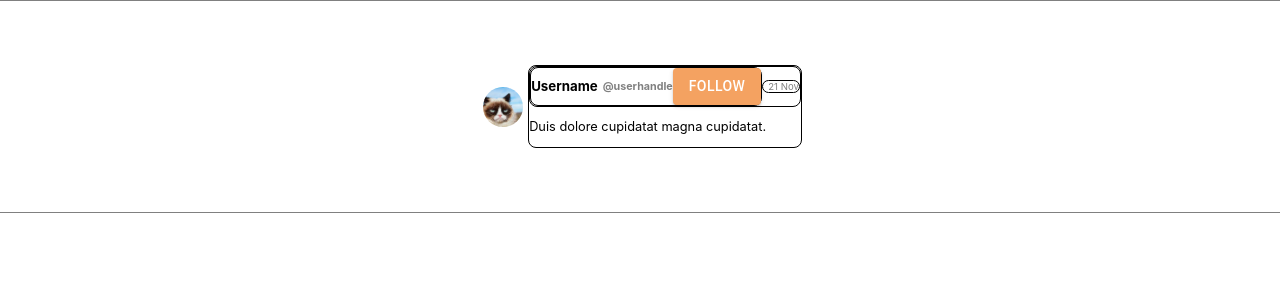
Repository: SeanHLam/comp_orange_client
Page: /comps/tweet (app in orangeapp/)
An editor plug-in stored every save of this project. The page is shown before and after a run of saves, followed by the edit.
The browser window is 1280 px wide. The pictures show the whole page.
The project was rebuilt for these pictures with package versions that can differ from the ones it lists, and the page was loaded fresh each time. The framework's server and built-in components were replaced by stand-ins that run in the browser. Also part of the build but not shown: orangeapp/next.config.js.

Above is the page before, as saved 2022-11-21 15:53:59.

### orangeapp/pages/comps/tweet.js
import React from 'react'
import { FlexBox } from '../../styles/globals'
import { Avatar, Button, Grid } from '@mui/material'

export default function TweetComp() {
  return (
    <FlexBox
        style={{
            width: '100%',
            borderRadius: 0,
            border: 'solid grey .5px',
            borderRightWidth: 0,
            borderLeftWidth:0
        }}
    >
{/* Avatar Area */}
      <Grid item xs={2}>
        <Avatar
            style={{
                marginRight: 0
            }}
            src='/static/grumpycat.jpeg'></Avatar>
      </Grid>
{/* username, handle, date and tweet area */}
      <Grid item xs={10}>
        <FlexBox dir='column'
            style={{
                width: '100%',
                padding: 0,
                marginLeft: 5
            }}>
            <FlexBox
                style={{
                    width: '100%',
                    padding: 0,
                    justifyContent: 'flex-start'
                }}>
{/* Div for username, handle and date */}
                <FlexBox
                 style={{
                    width: '100%',
                    padding: 0,
                    justifyContent: 'flex-start'
                }}
                >
                {/* Username */}
                <h5
                    style={{
                        padding:0,
                        margin: 0
                    }}
                >Username</h5>
                {/* Userhandle */}
                <h6
                 style={{
                    padding:0,
                    margin: 0,
                    marginLeft: 5,
                    color: 'grey'
                }}>@userhandle</h6>
                <Button
                    variant="contained"
                    style={{
                        backgroundColor: '#f4a261',
                        width: "fit-content",
                        height: "100%"
                    }}
                >Follow</Button>
                </FlexBox>
                <FlexBox
                     style={{
                        width: '100%',
                        padding: 0,
                        justifyContent: 'flex-end'
                    }}
                >
                     {/* Date */}
                    <p
                    style={{
                        padding:0,
                        margin: 0,
                        fontSize: '.6em',
                        color: 'grey',
                    }}>21 Nov</p>
                </FlexBox>
            </FlexBox>
            <p
                style={{
                    fontSize: '.8em',
                    alignSelf: 'flex-start',
                }}
            >Duis dolore cupidatat magna cupidatat.</p>
        </FlexBox>
      </Grid>
    </FlexBox>
  )
}

### orangeapp/styles/globals.js
import styled from 'styled-components';

// Reusuable Flexbox div
export const FlexBox = styled.div`
justify-content:center;
align-items:center;
border-radius: .5em;
display:flex;
flex-direction:${props=>props.dir || "row"};
background-color:${props=>props.color || "white"};
color: black;
opacity: 1;
padding: 5%;
border: 1px solid black;
`

// Reusuable Wrapper for all the pages
export const Wrapper = styled.div`
width:80%;
height:100%;
display:flex;
justify-content:center;
align-items:flex-start;
padding: 5%;
background-color: #F8C8A0;
`
// Reusuable Background for all the pages
export const BackGround = styled.div`
width:100vw;
height:100vh;
display:flex;
justify-content:center;
align-items:center;
background-color:#f4a261;
`

Loaded but not shown: orangeapp/pages/_app.js (common file); orangeapp/styles/globals.css (common file)

After the next 6 saves:
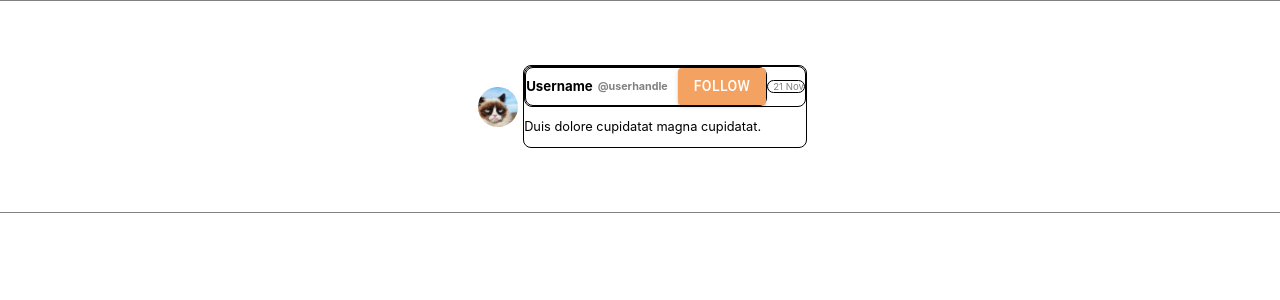
The 6 saves are shown as one change because they came seconds apart.
The last was saved 21 s later.
--- a/orangeapp/pages/comps/tweet.js
+++ b/orangeapp/pages/comps/tweet.js
@@ -63,7 +63,8 @@ export default function TweetComp() {
                     style={{
                         backgroundColor: '#f4a261',
                         width: "fit-content",
-                        height: "100%"
+                        height: "100%",
+                        marginLeft: 10
                     }}
                 >Follow</Button>
                 </FlexBox>
